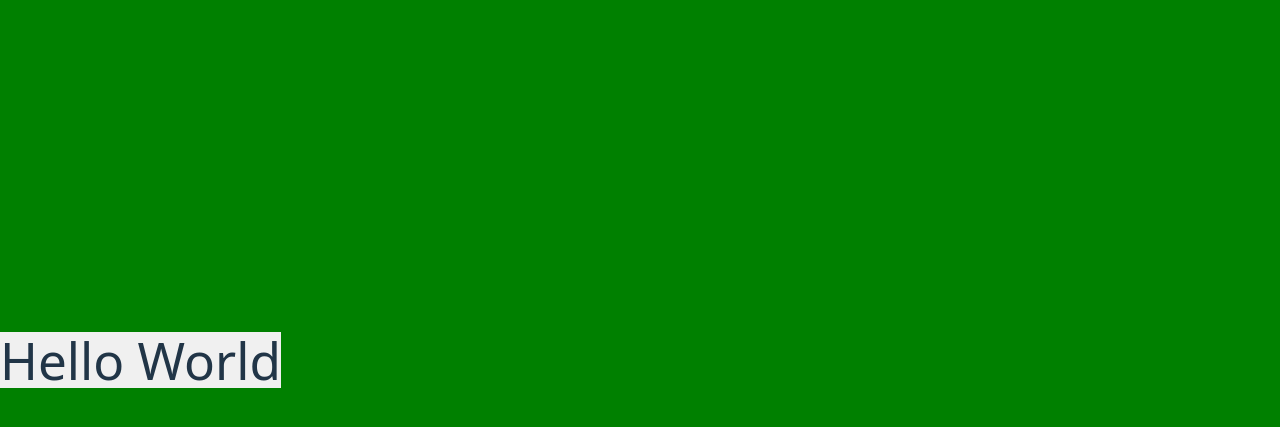
Repository: Kailash-dev/portfolio
Page: /
These files come from the project's save history. The page is drawn as it stood at one moment and after the next save; the edit follows.
The browser window is 1280 px wide. The pictures show the whole page.
The project was rebuilt for these pictures with package versions that can differ from the ones it lists, and the page was loaded fresh each time. Also part of the build but not shown: vite.config.ts.

Above is the page before, as saved 2025-06-13 10:36:38.

After the next save:
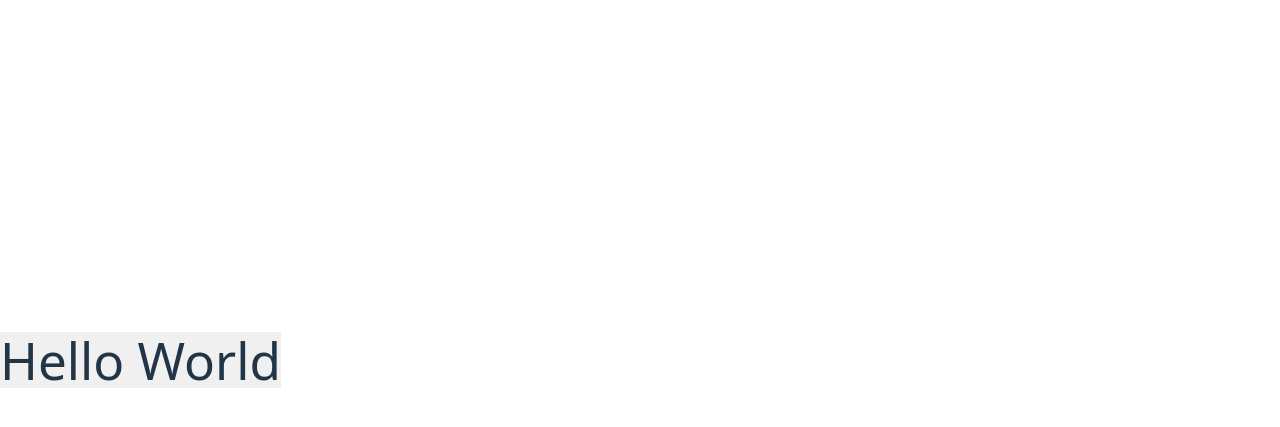
Saved 18 s later.
--- a/src/index.css
+++ b/src/index.css
@@ -32,7 +32,7 @@ body {
   place-items: center;
   min-width: 320px;
   min-height: 100vh;
-  background-color: green;
+
 }
 
 h1 {
